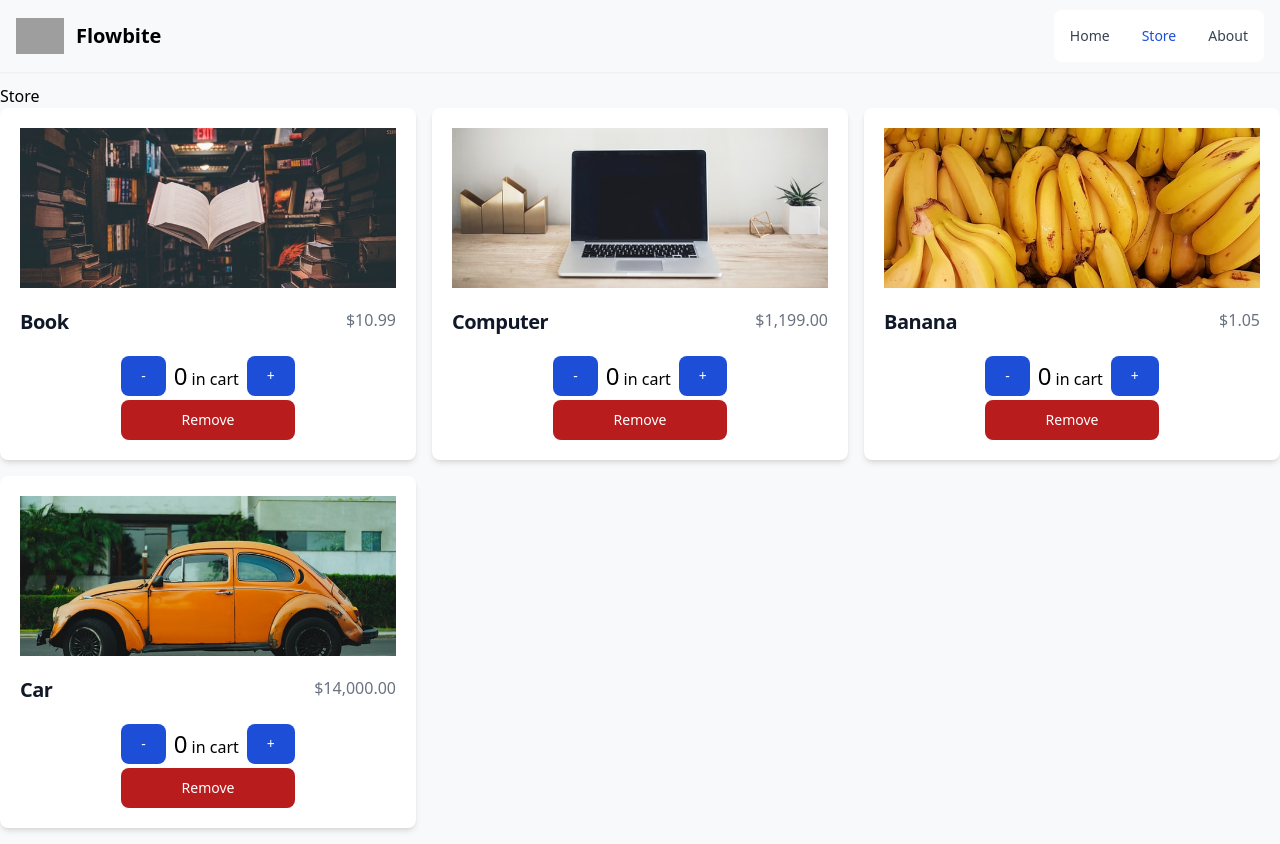
Repository: ducanhaep/react-ts-shopping-cart
Page: /store
The author's editor kept a copy of each file at every save. The page is drawn from the files as they stood at one save, then again after the next save.
The browser window is 1280 px wide. The pictures show the whole page.
Pictures or frames that could not be fetched are drawn as grey boxes. The project was rebuilt for these pictures with package versions that can differ from the ones it lists, and the page was loaded fresh each time. Also part of the build but not shown: vite.config.ts, src/pages/About.js, src/pages/Home.js.

Above is the page before, as saved 2023-01-11 22:04:00.

After the next save:
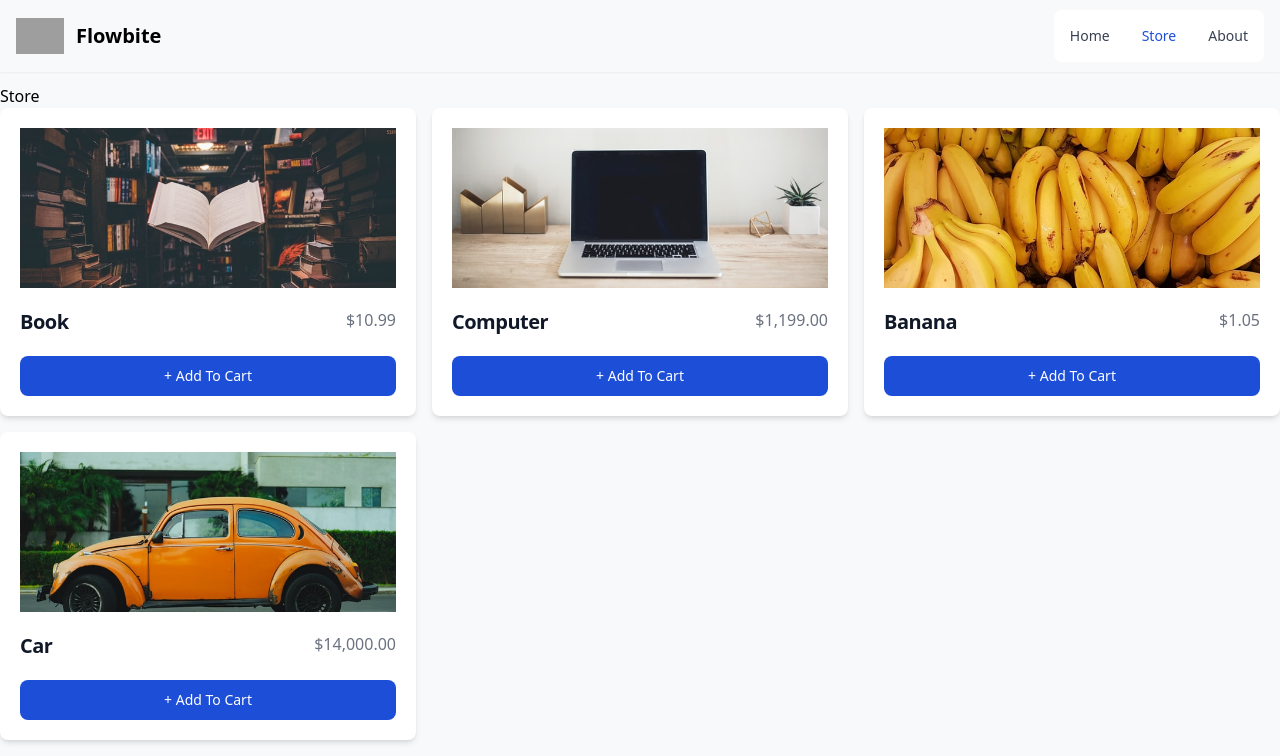
Saved 108 s later.
--- a/src/components/StoreItem.tsx
+++ b/src/components/StoreItem.tsx
@@ -15,7 +15,7 @@ export function StoreItem({ id, name, price, imgUrl }: StoreItemProps) {
     decreaseCartQuantity,
     removeFromCart,
   } = useShoppingCartContext();
-  const quantity: number = 1;
+  const quantity = getItemQuantity(id);
   return (
     <div className="w-full bg-white rounded-lg shadow-md">
       <div className="">
@@ -56,8 +56,7 @@ export function StoreItem({ id, name, price, imgUrl }: StoreItemProps) {
                   -
                 </button>
                 <p className="basic-full">
-                  <span className="text-2xl">{getItemQuantity(id)}</span> in
-                  cart
+                  <span className="text-2xl">{quantity}</span> in cart
                 </p>
                 <button
                   type="button"
